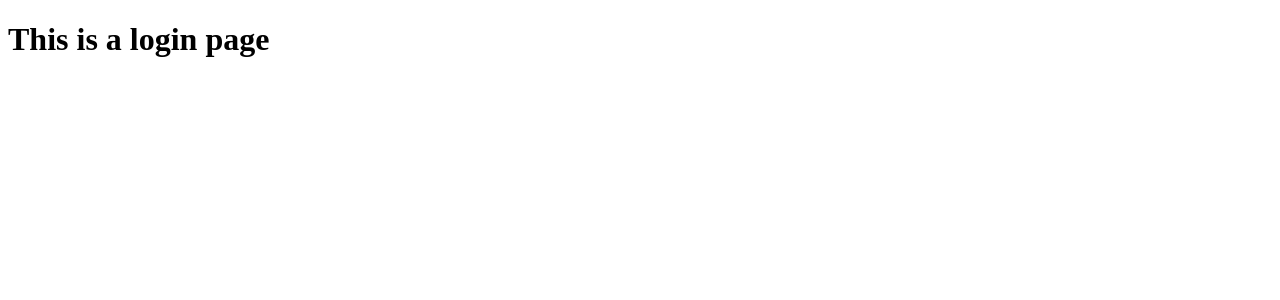
Repository: alihasnain763/node_toturial
Page: http://localhost/login
The author's editor kept a copy of each file at every save. The page is drawn from the files as they stood at one save, then again after the next save.
The browser window is 1280 px wide. The pictures show the whole page.
The page is served by the project's Node server (index.js).

Above is the page before, as saved 2023-01-01 08:11:28.

After the next save:
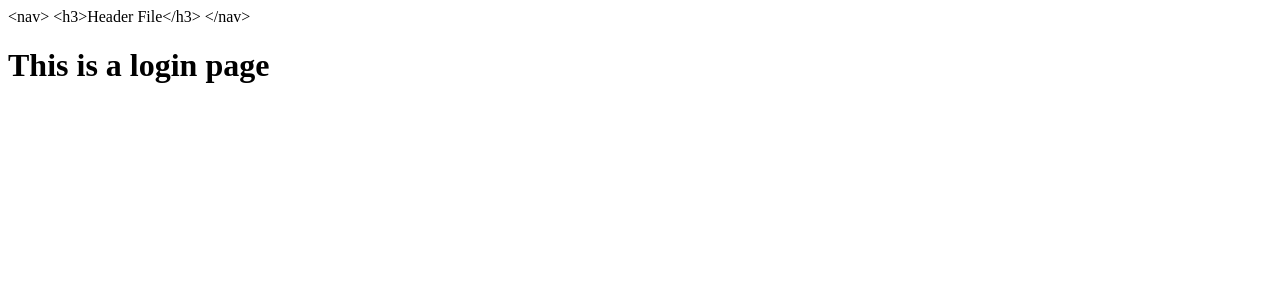
Saved 70 s later.
--- a/views/login.ejs
+++ b/views/login.ejs
@@ -8,7 +8,7 @@
     <title>This is a login page</title>
 </head>
 <body>
-    <% include('common/header.ejs') %>
+    <%= include('common/header.ejs') %>
     <h1>This is a login page</h1>
 </body>
 </html>
